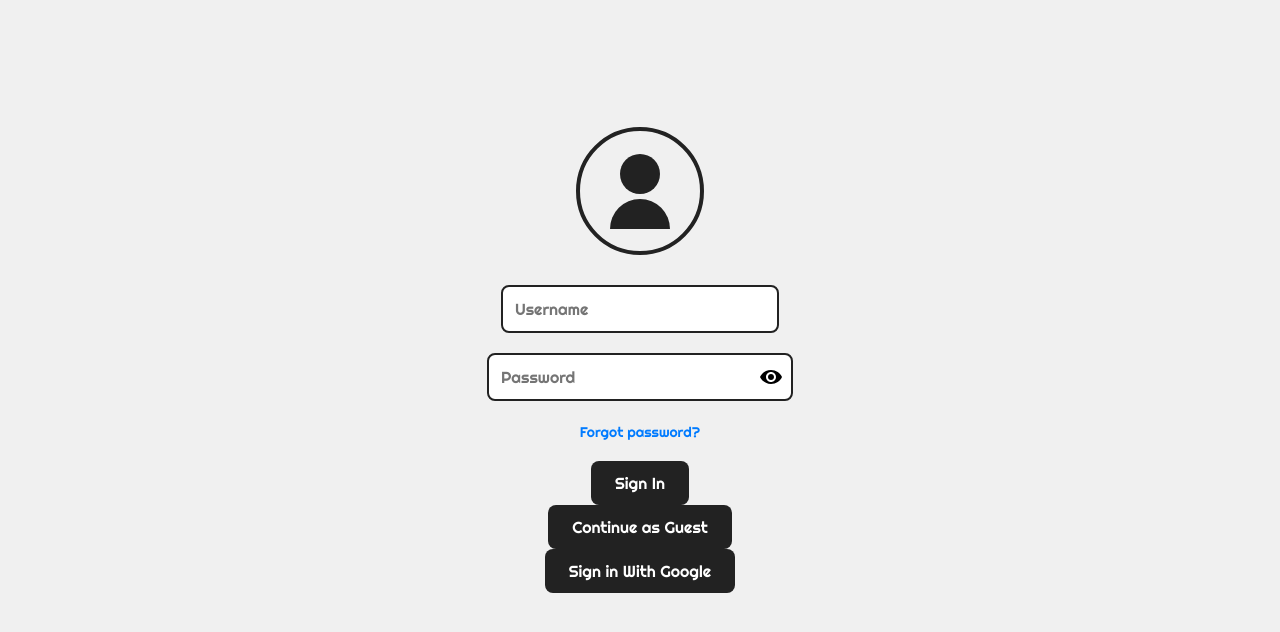
Repository: saifg123/Peer
Page: signin.html
These files come from the project's save history. The page is drawn as it stood at one moment and after the next save; the edit follows.
The browser window is 1280 px wide. The pictures show the whole page.

Above is the page before, as saved 2025-05-19 19:28:15.

After the next save:
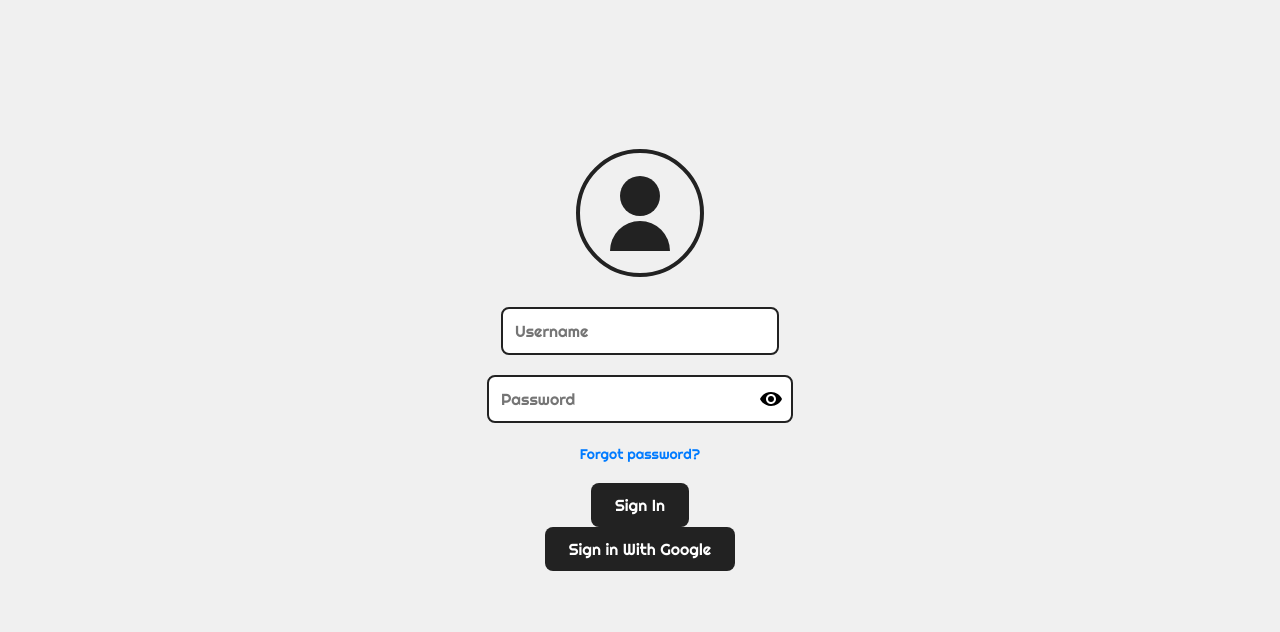
Saved 20 s later.
--- a/signin.html
+++ b/signin.html
@@ -190,10 +190,7 @@
 <form id="signin-form" onsubmit="event.preventDefault();">
         <button type="submit" class="submit-btn">Sign In</button>
       </form>
-      <button class="submit-btn" id="guest-btn">Continue as Guest</button>
-
       <div class="or-divider
-
 <form onsubmit="fetchClassroomData(event)">
       <button type="submit" class="submit-btn">Sign in With Google</button>
     </form>
